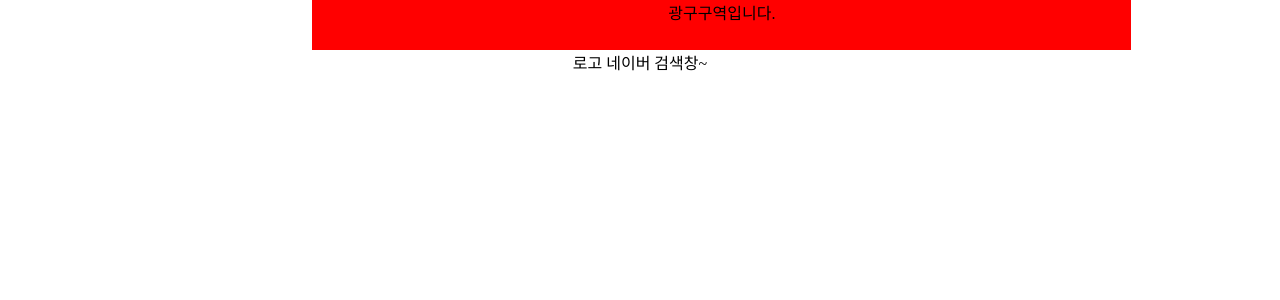
Repository: leehyeonung/myproject
Page: http://localhost/myproject/
These files come from the project's save history. The page is drawn as it stood at one moment and after the next save; the edit follows.
The browser window is 1280 px wide. The pictures show the whole page.
The page is served by Tomcat 9.

Above is the page before, as saved 2023-03-15 12:23:14.

### myproject/src/main/webapp/index.jsp
<%@ page language="java" contentType="text/html; charset=EUC-KR"
    pageEncoding="EUC-KR"%>
<!DOCTYPE html>
<html>
<head>
<meta charset="EUC-KR">
<title>index</title>
</head>
<body>
<jsp:include page="header.jsp"></jsp:include>
<section>

</section>
<jsp:include page="footer.jsp"></jsp:include>
</body>
</html>

### myproject/src/main/webapp/header.jsp
<%@ page language="java" contentType="text/html; charset=EUC-KR"
    pageEncoding="EUC-KR"%>
<!DOCTYPE html>
<html>
<head>
<script type="text/javascript" src="/resuorces/js/ad.js"></script>
<meta charset="EUC-KR">
<title>header</title>
<link rel="stylesheet" type="text/css" href="/resources/css/header.css">
</head>
<body>
<div class="ad">
광구구역입니다.
</div>

<header>
<div class="searchbox">
로고 네이버 검색창~
</div>

<nav>
</nav>
</header>
</body>
</html>

### myproject/src/main/webapp/footer.jsp
<%@ page language="java" contentType="text/html; charset=EUC-KR"
    pageEncoding="EUC-KR"%>
<!DOCTYPE html>
<html>
<head>
<meta charset="EUC-KR">
<title>footer</title>
</head>
<body>

</body>
</html>

### myproject/src/main/webapp/resources/js/ad.js
function close_ad() {
    document.getElementById("ad").style.display='none';
}

### myproject/src/main/webapp/resources/css/header.css
*{
	width:80%;
	text-align:center;
	margin: 0px 10%;
	padding: 0px;
}

.ad{
	width: 100%;
	height: 50px;
	background-color: red;

}

After the next save:
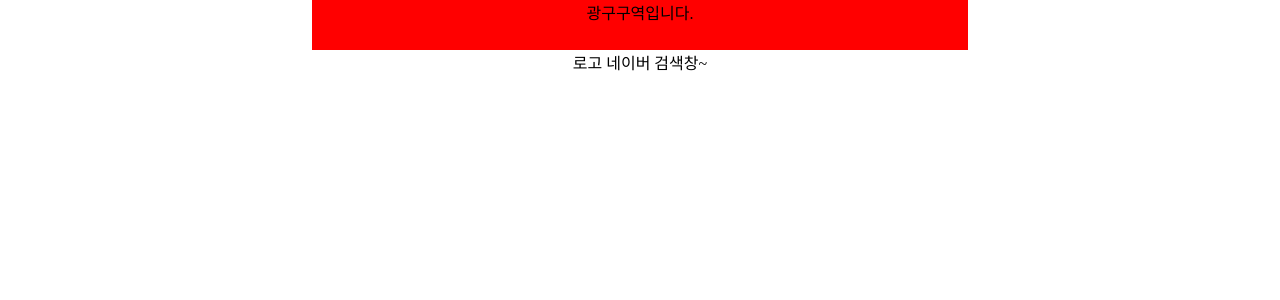
Saved 66 s later.
--- a/myproject/src/main/webapp/resources/css/header.css
+++ b/myproject/src/main/webapp/resources/css/header.css
@@ -6,7 +6,6 @@
 }
 
 .ad{
-	width: 100%;
 	height: 50px;
 	background-color: red;
 
